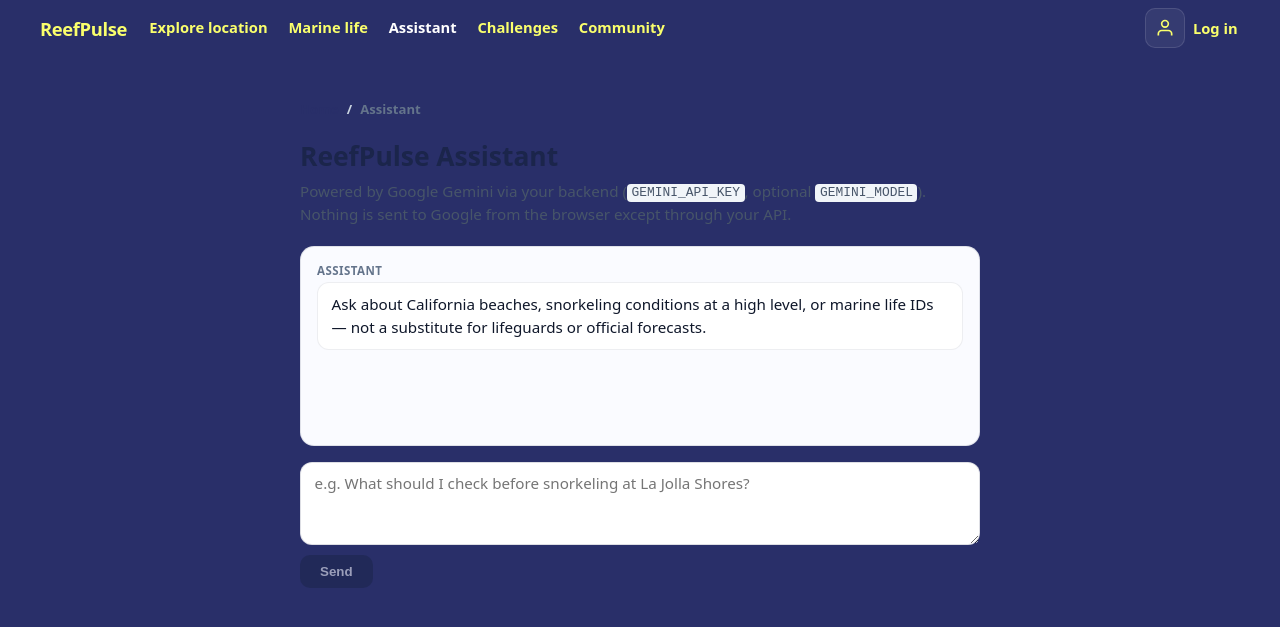
Repository: AayushSalvi/ReefPulse
Page: /assistant (app in frontend/)
An editor plug-in stored every save of this project. The page is shown before and after the next save, followed by the edit.
The browser window is 1280 px wide. The pictures show the whole page.
The page's requests for data from a server got no answer. The project was rebuilt for these pictures with package versions that can differ from the ones it lists, and the page was loaded fresh each time. No one was signed in, and anything a server would have sent is missing. Also part of the build but not shown: frontend/vite.config.js, frontend/src/features/auth/auth.css, frontend/src/features/auth/LoginPage.jsx, frontend/src/features/auth/RegisterPage.jsx, frontend/src/data/challengesData.js, frontend/src/features/challenges/challengeIcons.jsx, frontend/src/features/challenges/challenges.css, frontend/src/features/challenges/ChallengesPage.jsx and 27 more.

Above is the page before, as saved 2026-04-19 10:42:17.

After the next save:
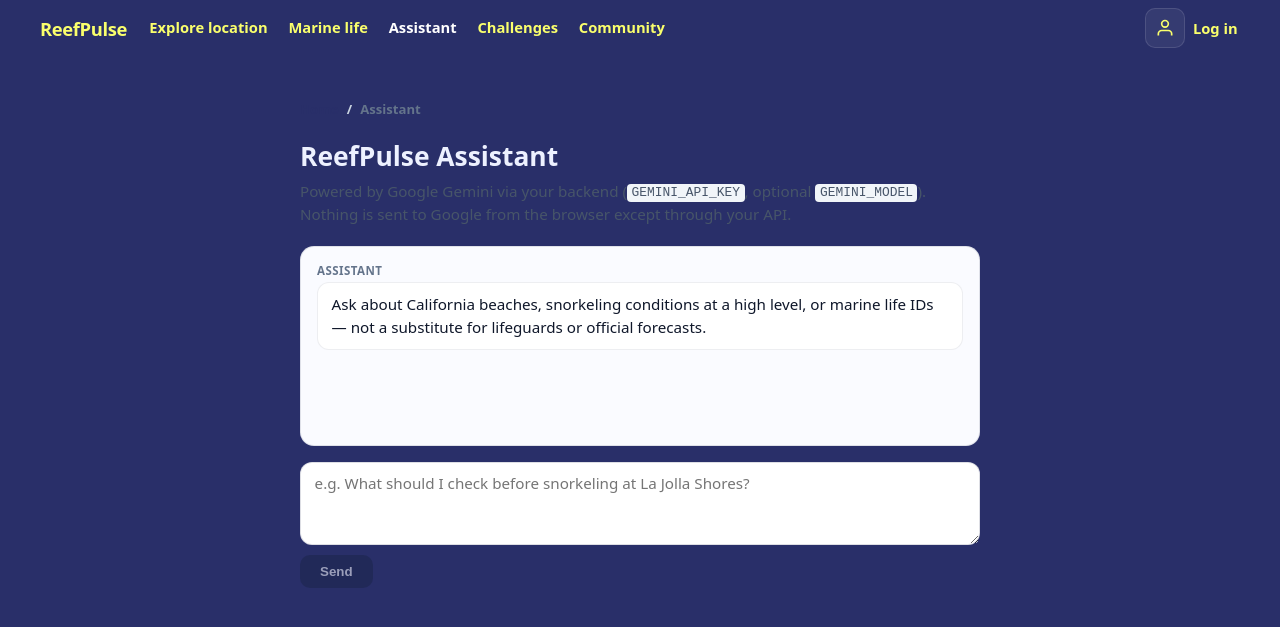
Saved 97 s later.
--- a/frontend/src/features/assistant/assistant.css
+++ b/frontend/src/features/assistant/assistant.css
@@ -7,7 +7,7 @@
   margin: 0 0 0.35rem;
   font-size: 1.65rem;
   font-weight: 800;
-  color: #1b254b;
+  color: #edf1ff;
 }
 
 .rp-assistant-hero p {
